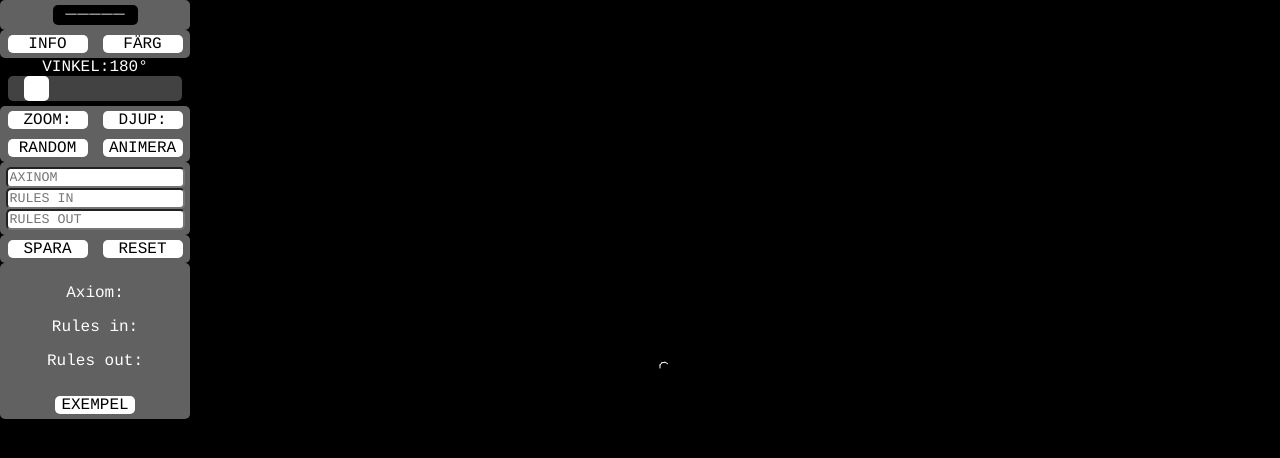
Repository: Gabrielw123/Fraktalgenerator
Page: fraktaler/test/index.html
These files come from the project's save history. The page is drawn as it stood at one moment and after the next save; the edit follows.
The browser window is 1280 px wide. The pictures show the whole page.
Some web libraries are served in a nearby version.

Above is the page before, as saved 2022-01-13 09:43:22.

### fraktaler/test/index.html
<!DOCTYPE html>
<html lang="en">
  <head>
    <meta charset="UTF-8" />
    <meta http-equiv="X-UA-Compatible" content="IE=edge" />
    <meta name="viewport" content="width=device-width, initial-scale=1.0" />
    <link rel="stylesheet" href="style.css" />
    <title>Fraktal Generator</title>
    <script src="https://cdn.jsdelivr.net/npm/p5@1.0.0/lib/p5.js"></script>
    <!--fading-->
    <script src="http://ajax.googleapis.com/ajax/libs/jquery/1.7.1/jquery.min.js" type="text/javascript"></script>
  </head>
  <body>
    <!--Skapa en canvas-->
    <canvas id="canvas"></canvas>
    <div class="kontroller">
      <div onmousedown="return false" onselectstart="return false" class="grid-container1">
        <div class="grid-item">
          <a class="knappgöm" id="gömknapp" onClick="action();">⏤⏤⏤⏤⏤</a>
        </div>
      </div>
      <div onmousedown="return false" onselectstart="return false" class="grid-container" id="göm1">
        <div class="grid-item">
          <a class="knapp" id="infoknapp">INFO</a>
        </div>
        <div class="grid-item">
          <a class="knapp" id="colorknapp" onclick="color();">FÄRG</a>
        </div>

      </div>
      <!--slider vinkel-->
      <div class="slider-container" id="göm2">
        <a onmousedown="return false" onselectstart="return false" >VINKEL:<span id="vinkel-out"></span>&deg;</a>
        <input type="range" min="0" max="360" class="slider" id="vinkel" />
      </div>

      <div onmousedown="return false" onselectstart="return false" class="grid-container"id="göm3">
        <div class="grid-item">
          <a class="knapp" id="längdknapp"
            >ZOOM:<span id="segment_n"></span
          ></a>
        </div>
        <div class="grid-item">
          <a class="knapp" id="djupknapp">DJUP:<span id="generation-out"></span></a>
        </div>

        <div class="grid-item">
          <a class="knapp" id="randomknapp" onclick="random();">RANDOM</a>
        </div>
        <div class="grid-item">
          <a class="knapp" id="animeraknapp" onclick="animera();">ANIMERA</a>
        </div>
      </div>

      <div class="grid-container1"id="göm4">
        <div class="grid-item">
          <input style="font-family:courier" class="input" type="text" placeholder="AXINOM" id="axiom" />
          <input style="font-family:courier" class="input" type="text" placeholder="RULES IN" id="rules1" />
          <input style="font-family:courier" class="input" type="text" placeholder="RULES OUT" id="rules2" />
        </div>

      </div>
      <div onmousedown="return false" onselectstart="return false" class="grid-container"id="göm5">
        <div class="grid-item">
          <a class="knapp" id="btn">SPARA</a>
        </div>
        <div class="grid-item">
          <a class="knapp" id="resetknapp" onclick="reset();">RESET</a>
        </div>

      </div>
      <div class="grid-container1"id="göm6">

        <div class="grid-item">
          <p>Axiom:<span id="axiom-out"></span></p>
          <p>Rules in:<span id="rules1-out"></span></p>
          <p>Rules out:<span id="rules2-out"></span></p>
          <p></p>
        </div>
        <div class="grid-item">
          <a onmousedown="return false" onselectstart="return false" class="knapp" id="exempelknapp" onclick="example();">EXEMPEL</a>
        </div>
      </div>

      <!--EXEMPEL-->

      <div onmousedown="return false" onselectstart="return false"  class="grid-container"id="göm7">
        <div class="grid-item">
          <a class="knappex" id="Board">Board</a>
        </div>
        <div class="grid-item">
          <a class="knappex" id="Crystal">Crystal</a>
        </div>
        <div class="grid-item">
          <a class="knappex" id="Dragon Curve">Dragon Curve</a>
        </div>
        <div class="grid-item">
          <a class="knappex" id="Hexagonal Gosper">Hexagonal Gosper</a>
        </div>
        <div class="grid-item">
          <a class="knappex" id="Kochcurve" >Koch curve</a>
        </div>
        <div class="grid-item">
          <a class="knappex" id="Krishna Anklets">Krishna Anklets</a>
        </div>
        <div class="grid-item">
          <a class="knappex" id="Lévy curve" >Lévy curve</a>
        </div>
        <div class="grid-item">
          <a class="knappex" id="L-System Bushes 1" >L-System Bushes 1</a>
        </div>
        <div class="grid-item">
          <a class="knappex" id="L-System Bushes 2">L-System Bushes 2</a>
        </div>
        <div class="grid-item">
          <a class="knappex" id="Peano Curve">Peano Curve</a>
        </div>
        <div class="grid-item">
          <a class="knappex" id="Quadratic Snowflake">Quadratic Snowflake
          </a>
        </div>
        <div class="grid-item">
          <a class="knappex" id="Rings" >Rings</a>
        </div>
        <div class="grid-item">
          <a class="knappex" id="Sierpinski Arrowhead">Sierpinski Arrowhead</a>
        </div>
        <div class="grid-item">
          <a class="knappex" id="Sierpinskisquare">Sierpinski Square</a>
        </div>
        <div class="grid-item">
          <a class="knappex" id="Snowflake">Snowflake</a>
        </div>
        <div class="grid-item">
          <a class="knappex" id="Tiles" >Tiles</a>
        </div>
        <div class="grid-item">
          <a class="knappex" id="Triangle">Triangle</a>
        </div>
        <div class="grid-item">
          <a class="knappex" id="Von Koch Snowflake" >Von Koch Snowflake</a>
        </div>
    </div>
    <!--Script-->
    <script src="bruh.js">example();
      fraktal.update();
    </script>
  </body>
</html>

### fraktaler/test/style.css
body {
  font-family: "courier", monospace;
  background-color: black;
  color: white;
  text-align: center;
}
.input {
  width: 90%;
  border-radius: 5px;
}
#color {
  color: red;
}
.kontroller {
  background: rgba(97, 97, 97, 0);
  width: 190px;
  height: 180px;
  margin: auto;
  border-radius: 10px;
  position: fixed;
  top: 0%;
  left: 0%;
  right: 100%;
}
.grid-container {
  background: rgba(97, 97, 97, 1);
  display: grid;
  border-radius: 5px;
  grid-template-columns: auto auto;
}
.grid-item {
  text-align: center;
  margin: auto;
  padding-top: 5px;
  padding-bottom: 5px;
}
.grid-container1 {
  background: rgba(97, 97, 97, 1);
  border-radius: 5px;
  display: grid;
  grid-template-columns: auto;
}
.grid-item1 {
  text-align: center;
  margin: auto;
  padding-top: 5px;
  padding-bottom: 5px;
  width: 300px;
}
#axiom-out {
  text-align: left;
}
.slider-container {
  display: grid;
  grid-template-columns: auto;
  width: 92%;
  margin: auto;
  padding-bottom: 5px;
}
.slider {
  -webkit-appearance: none;
  width: 100%;
  height: 25px;
  background: #424242;
  outline: none;
  margin: auto;
  -webkit-transition: 0.2s;
  transition: opacity 0.2s;
  border-radius: 5px;
}

.slider:hover {
  background: #262626;
}

.slider::-webkit-slider-thumb {
  -webkit-appearance: none;
  appearance: none;
  width: 25px;
  height: 25px;
  background: #ffffff;
  cursor: pointer;
  border-radius: 5px;
}

.slider::-moz-range-thumb {
  width: 25px;
  height: 25px;
  background: #04aa6d;
  cursor: pointer;
}

a.knapp {
  display: block;
  background: white;
  color: black;
  width: 80px;
  cursor: pointer;
  border-radius: 5px;
}
a.knapp:hover {
  background: #424242;
  border-radius: 5px;
}

#canvas {
  position: fixed;
  top: 0px;
  left: 0px;
  z-index: -1;
}

a.knappon {
  display: block;
  width: 80px;
  background: #444444;
  color: #ffffff;
  cursor: pointer;
  border-radius: 5px;
}
a.knappex {
  display: block;
  background: white;
  color: black;
  width: 85px;
  cursor: pointer;
  font-size: 15px;
  height: 35px;
  border-radius: 5px;
  text-align: auto;
}
a.knappex:hover {
  background: #424242;
  border-radius: 5px;
}
.span {
  width: 500px;
}
.knappgöm {
  display: block;
  background: black;
  color: white;
  width: 85px;
  height: 20px;
  cursor: pointer;
  font-size: 15px;
  border-radius: 5px;
}
a.knappgöm:hover {
  background: #424242;
  border-radius: 5px;
}

### fraktaler/test/bruh.js
/*

Den här fraktal generatorn använder sig av Lindenmayer systemet (https://en.wikipedia.org/wiki/L-system)

Källor för lite info
https://codesandbox.io/s/fraktal-generator-forked-g76j8?file=/sketch.js
https://en.wikipedia.org/wiki/L-system#Types_of_L-systems
http://paulbourke.net/fractals/lsys/
https://www.sidefx.com/docs/houdini/nodes/sop/lsystem.html
http://www1.biologie.uni-hamburg.de/b-online/e28_3/lsys.html
https://www.kevs3d.co.uk/dev/lsystems/
https://piratefsh.github.io/p5js-art/public/lsystems/

*/

//INFO button
fetch("README.txt")
  .then((response) => response.text())
  .then((text) => console.log(text));

var info = document.getElementById("infoknapp");
info.onclick = function () {
  confirm("to");
};

//hur snabbt den animerar
var animatespeed = 100;

//lite variablar
let genButton;
let resButton;
let guiText;
color_n = 0;
let generation = 0;
let maxGeneration = 5;
let length;
let angle;
//första load
let axiom = "F+F+F+F";
let rules = [
  {
    in: "F",
    out: "F+F-F-FF+F+F-F",
  },
];

//save button för egna input på fraktaler
const btn = document.getElementById("btn");

btn.addEventListener("click", function () {
  var axiom2 = document.getElementById("axiom").value;
  var rules1 = document.getElementById("rules1").value;
  var rules2 = document.getElementById("rules2").value;
  confirm(
    "Axiom: " + axiom2 + "\nRules in: " + rules1 + "\nRules out: " + rules2
  );
  axiom = axiom2;
  rules = [
    {
      in: rules1,
      out: rules2,
    },
  ];
});

//animera ikonen på hemsidan
var favicon_images = [
    "bilderhem/tmp-0.gif",
    "bilderhem/tmp-1.gif",
    "bilderhem/tmp-2.gif",
    "bilderhem/tmp-3.gif",
    "bilderhem/tmp-4.gif",
    "bilderhem/tmp-5.gif",
  ],
  image_counter = 0;

setInterval(function () {
  if (document.querySelector("link[rel='icon']") !== null)
    document.querySelector("link[rel='icon']").remove();
  if (document.querySelector("link[rel='shortcut icon']") !== null)
    document.querySelector("link[rel='shortcut icon']").remove();
  document
    .querySelector("head")
    .insertAdjacentHTML(
      "beforeend",
      '<link rel="icon" href="' +
        favicon_images[image_counter] +
        '" type="image/gif">'
    );
  if (image_counter == favicon_images.length - 1) image_counter = 0;
  else image_counter++;
}, 200);

//göm UI
var hidden = false;
function action() {
  hidden = !hidden;
  if (hidden) {
    document.getElementById("göm1").style.visibility = "hidden";
    document.getElementById("göm2").style.visibility = "hidden";
    document.getElementById("göm3").style.visibility = "hidden";
    document.getElementById("göm4").style.visibility = "hidden";
    document.getElementById("göm5").style.visibility = "hidden";
    document.getElementById("göm6").style.visibility = "hidden";
    if (document.getElementById("göm7").style.visibility === "visible") {
      document.getElementById("göm7").style.visibility = "hidden";
    }
  } else {
    document.getElementById("göm1").style.visibility = "visible";
    document.getElementById("göm2").style.visibility = "visible";
    document.getElementById("göm3").style.visibility = "visible";
    document.getElementById("göm4").style.visibility = "visible";
    document.getElementById("göm5").style.visibility = "visible";
    document.getElementById("göm6").style.visibility = "visible";
    document.getElementById("göm7").style.visibility = "visible";
  }
}
//göm från början
document.getElementById("göm7").style.visibility = "hidden";
var hidden1 = true;
function example() {
  hidden1 = !hidden1;
  if (hidden1) {
    document.getElementById("göm7").style.visibility = "hidden";
  } else {
    document.getElementById("göm7").style.visibility = "visible";
  }
}

let sentence = axiom;

//start funktion
function setup() {
  createCanvas(windowWidth - 40, windowHeight - 25);
  angle = radians(vinkel.value);
  length = segment_n * 3;
  turtle();
  drawGUI();
}

//color problem
var r = 255,
  g = 0,
  b = 0;

setInterval(function () {
  if (r > 0 && b == 0) {
    r--;
    g++;
  }
  if (g > 0 && r == 0) {
    g--;
    b++;
  }
  if (b > 0 && g == 0) {
    r++;
    b--;
  }
  $("#color").text("rgb(" + r + "," + g + "," + b + ")");
  $("#color").css("color", "rgb(" + r + "," + g + "," + b + ")");
  turtle();
  console.log("df");
}, 10);

function generate() {
  length = segment_n * 3;

  let nextSentence = "";

  for (let i = 0; i < sentence.length; i++) {
    let found = false;
    let currentChar = sentence.charAt(i);

    for (let j = 0; j < rules.length; j++) {
      if (currentChar === rules[j].in) {
        found = true;
        nextSentence += rules[j].out;
        break;
      }
    }
    if (!found) {
      nextSentence += currentChar;
    }
  }
  sentence = nextSentence;
  turtle();
}
function turtle() {
  resetMatrix();
  background(0);
  //color
  if (color_n === 0) {
    stroke(255); //white
  }
  if (color_n === 1) {
    stroke(0, 0, 255); //blue
  }
  if (color_n === 2) {
    stroke(0, 128, 0); //green
  }
  if (color_n === 3) {
    stroke(255, 0, 0); //red
  }
  if (color_n === 4) {
    stroke(255, 165, 0); //orange
  }
  if (color_n === 5) {
    stroke(r, g, b); //rgb flera färger
  }
  translate(window.innerWidth / 2, window.innerHeight / 2);

  for (let i = 0; i <= sentence.length; i++) {
    let currentChar = sentence.charAt(i);

    if (currentChar === "F") {
      line(0, 0, 0, -length);
      translate(0, -length);
    } else if (currentChar === "+") {
      rotate(angle);
    } else if (currentChar === "-") {
      rotate(-angle);
    } else if (currentChar === "[") {
      push();
    } else if (currentChar === "]") {
      pop();
    }
  }
}

var djupknapp = document.getElementById("djupknapp");
djupknapp.onclick = function () {
  if (generation < maxGeneration) {
    generate();
  }
  generation++;
  if (generation > 5) {
    generation = 1;
    sentence = axiom;
    generate();
  }
  var generationout = document.getElementById("generation-out");
  generationout.innerHTML = generation;
  var axiomout = document.getElementById("axiom-out");
  axiomout.innerHTML = axiom;
  var rules1out = document.getElementById("rules1-out");
  rules1out.innerHTML = rules[0].in;
  var rules2out = document.getElementById("rules2-out");
  rules2out.innerHTML = rules[0].out;
};

//skriver ut värden och saker på skärmer för användaren
function drawGUI() {
  genButton = createButton("DJUP");
  genButton.size(85, 20);
  genButton.position(-200, 260);
  genButton.mousePressed(function () {
    if (generation < maxGeneration) {
      generate();
    }
    generation++;
    if (generation > 5) {
      generation = 1;
      sentence = axiom;
      generate();
    }
    var generationout = document.getElementById("generation-out");
    generationout.innerHTML = generation;
    var axiomout = document.getElementById("axiom-out");
    axiomout.innerHTML = axiom;
    var rules1out = document.getElementById("rules1-out");
    rules1out.innerHTML = rules[0].in;
    var rules2out = document.getElementById("rules2-out");
    rules2out.innerHTML = rules[0].out;
  });
}

//!Exemepel knappar

//Andra rad
animera_n = 0;

var c1 = 0;
var t;
var timer_is_on = 0;

//Random funktion
function getRandomInt(min, max) {
  min = Math.ceil(min);
  max = Math.floor(max);
  return Math.floor(Math.random() * (max - min) + min); //The maximum is exclusive and the minimum is inclusive
}

var fraktal = (function () {
  //js funktion
  const c = document.getElementById("canvas");
  var ctx = c.getContext("2d");

  //får bredden och höjden av hemsidan du har på din enhet
  c.width = window.innerWidth;
  c.height = window.innerHeight;
  ctx.strokeStyle = "black";
  ctx.lineWidth = 2;

  //!SLIDERS
  var vinkel = document.getElementById("vinkel");
  var vinkelout = document.getElementById("vinkel-out");
  vinkelout.innerHTML = vinkel.value;

  //gör saker med vinkel
  vinkel.oninput = function () {
    vinkelout.innerHTML = this.value;
    update();
  };

  //SEGMENT
  var segment = document.getElementById("längdknapp");
  segment.onclick = function () {
    segment_n++;
    if (segment_n === 6) {
      segment_n = 1;
    }
    document.getElementById("segment_n").innerHTML = segment_n;
    update();
  };
  //!RESET
  var reset = document.getElementById("resetknapp");
  reset.onclick = function () {
    sentence = axiom;
    turtle();
    vinkel.value = 90;
    segment_n = 3;
    generation = 2;
    axiom = "F+F+F+F";
    rules = [
      {
        in: "F",
        out: "F+F-F-FF+F+F-F",
      },
    ];
    //stönga av animera
    clearTimeout(t);
    animera.className = "knapp";
    c1 = 0;
    animera_n = 0;
    //update this
    update();
  };

  //!RANDOM
  var random = document.getElementById("randomknapp");
  random.onclick = function () {
    vinkel.value = getRandomInt(0, 361);
    vinkelout.innerHTML = vinkel.value;
    update();
  };

  //!ANIMERA

  var animera = document.getElementById("animeraknapp");
  animera.onclick = function () {
    animera_n++;
    if (animera_n === 1) {
      timedCount();
      animera.className = "knappon";
    }
    if (animera_n === 2) {
      clearTimeout(t);
      animera.className = "knapp";
      c1 = 0;
      animera_n = 0;
    }
  };
  //!COLOR

  var color = document.getElementById("colorknapp");
  color.onclick = function () {
    color_n++;
    if (color_n === 6) {
      color_n = 0;
    }
    update();
  };

  timedCount = function () {
    var v = parseInt(vinkel.value);
    v = v + 1;

    if (v === 361) {
      v = 0;
    }
    //updatera UI
    vinkel.value = v;
    vinkelout.innerHTML = vinkel.value;
    //vänta
    t = setTimeout(timedCount, animatespeed);
    update();
  };

  //!Uppdatera allt/////////////////////////////
  var update = function () {
    //skriver ut de nya väderna
    setup();
    //Updaterar sliders och bilder/knappar
    vinkelout.innerHTML = vinkel.value;
    document.getElementById("segment_n").innerHTML = segment_n;
    var generationout = document.getElementById("generation-out");
    generationout.innerHTML = generation;

    var axiomout = document.getElementById("axiom-out");
    axiomout.innerHTML = axiom;
    var rules1out = document.getElementById("rules1-out");
    rules1out.innerHTML = rules[0].in;
    var rules2out = document.getElementById("rules2-out");
    rules2out.innerHTML = rules[0].out;
    //sparar hashen för hemsidan
    save();
  };

  //!SAVE OCH LOAD
  var save = function () {
    var ruleid =
      "#" +
      vinkel.value +
      "," +
      segment_n +
      "," +
      generation +
      "," +
      axiom +
      "," +
      rules[0].in +
      "," +
      rules[0].out;
    window.location = String(window.location).replace(/\#.*$/, "") + ruleid;
  };

  var load = function () {
    let d = window.location.toString();
    if (d.includes("#")) {
      const myArr = d.split("#");

      const test = myArr[1].split(",");
      //Sliders
      vinkel.value = test[0];
      //Knappar
      segment_n = test[1];
      generation = test[2];
      axiom = test[3];
      rules[0].in = test[4];
      rules[0].out = test[5];

      if (
        vinkel.value == undefined ||
        segment_n === undefined ||
        generation === undefined ||
        axiom === undefined ||
        rules[0].in === undefined ||
        rules[0].out === undefined
      ) {
        //Sliders
        vinkel.value = 40;
        //Knappar
        segment_n = 1;
        generation = 1;
        axiom = "F";
        rules[0].in = "F";
        rules[0].out = "F+F";
      }
    } else {
      //Sliders
      vinkel.value = 40;
      //Knappar
      segment_n = 1;
      //Knappar
      generation = 1;
      axiom = "F";
      rules[0].in = "F";
      rules[0].out = "F+F";
    }
    save();
  };
  //!START
  load();

  //!EXEMPEL
  //Exemplerna är ifrån http://paulbourke.net/fractals/lsys/
  //save button för egna input på fraktaler
  const Kochcurve = document.getElementById("Kochcurve");
  Kochcurve.addEventListener("click", function () {
    axiom = "F+F+F+F";
    rules = [
      {
        in: "F",
        out: "F+F-F-FF+F+F-F",
      },
    ];
    vinkel.value = 90;
    segment_n = 3;
    generation = 5;
    update();
  });

  const Sierpinskisquare = document.getElementById("Sierpinskisquare");
  Sierpinskisquare.addEventListener("click", function () {
    axiom = "F+XF+F+XF";
    rules = [
      {
        in: "X",
        out: "XF-F+F-XF+F+XF-F+F-X",
      },
    ];
    vinkel.value = 90;
    segment_n = 3;
    generation = 5;
    update();
  });

  const LSystemBushes1 = document.getElementById("L-System Bushes 1");
  LSystemBushes1.addEventListener("click", function () {
    axiom = "F";
    rules = [
      {
        in: "F",
        out: "FF+[+F-F-F]-[-F+F+F]",
      },
    ];
    vinkel.value = 22.5;
    segment_n = 1;
    generation = 5;
    update();
  });

  const LSystemBushes2 = document.getElementById("L-System Bushes 2");
  LSystemBushes2.addEventListener("click", function () {
    axiom = "F";
    rules = [
      {
        in: "F",
        out: "F[+FF][-FF]F[-F][+F]F",
      },
    ];
    vinkel.value = 35;
    segment_n = 1;
    generation = 5;
    update();
  });

  const Board = document.getElementById("Board");
  Board.addEventListener("click", function () {
    axiom = "F+F+F+F";
    rules = [
      {
        in: "F",
        out: "FF+F+F+F+FF",
      },
    ];
    vinkel.value = 90;
    segment_n = 1;
    generation = 5;
    update();
  });

  const Triangle = document.getElementById("Triangle");
  Triangle.addEventListener("click", function () {
    axiom = "F+F+F";
    rules = [
      {
        in: "F",
        out: "F-F+F",
      },
    ];
    vinkel.value = 120;
    segment_n = 1;
    generation = 5;
    update();
  });
  const Crystal = document.getElementById("Crystal");
  Crystal.addEventListener("click", function () {
    axiom = "F+F+F+F";
    rules = [
      {
        in: "F",
        out: "FF+F++F+F",
      },
    ];
    vinkel.value = 90;
    segment_n = 1;
    generation = 5;
    update();
  });
  const VonKochSnowflake = document.getElementById("Von Koch Snowflake");
  VonKochSnowflake.addEventListener("click", function () {
    axiom = "F++F++F";
    rules = [
      {
        in: "F",
        out: "F-F++F-F",
      },
    ];
    vinkel.value = 60;
    segment_n = 1;
    generation = 5;
    update();
  });
  const Tiles = document.getElementById("Tiles");
  Tiles.addEventListener("click", function () {
    axiom = "F+F+F+F";
    rules = [
      {
        in: "F",
        out: "FF+F-F+F+FF",
      },
    ];
    vinkel.value = 90;
    segment_n = 1;
    generation = 5;
    update();
  });

  const Rings = document.getElementById("Rings");
  Rings.addEventListener("click", function () {
    axiom = "F+F+F+F";
    rules = [
      {
        in: "F",
        out: "FF+F+F+F+F+F-F",
      },
    ];
    vinkel.value = 90;
    segment_n = 1;
    generation = 5;
    update();
  });
  const Lévycurve = document.getElementById("Lévy curve");
  Lévycurve.addEventListener("click", function () {
    axiom = "F";
    rules = [
      {
        in: "F",
        out: "+F--F+",
      },
    ];
    vinkel.value = 45;
    segment_n = 1;
    generation = 5;
    update();
  });
  const HexagonalGosper = document.getElementById("Hexagonal Gosper");
  HexagonalGosper.addEventListener("click", function () {
    axiom = "XF";
    rules = [
      {
        in: "X",
        out: "X+YF++YF-FX--FXFX-YF+",
      },
      {
        in: "Y",
        out: "-FX+YFYF++YF+FX--FX-Y",
      },
    ];
    vinkel.value = 60;
    segment_n = 1;
    generation = 5;
    update();
  });
  const DragonCurve = document.getElementById("Dragon Curve");
  DragonCurve.addEventListener("click", function () {
    axiom = "FX";
    rules = [
      {
        in: "X",
        out: "X+YF+",
      },
      {
        in: "Y",
        out: "-FX-Y",
      },
    ];
    vinkel.value = 90;
    segment_n = 1;
    generation = 5;
    update();
  });
  const SierpinskiArrowhead = document.getElementById("Sierpinski Arrowhead");
  SierpinskiArrowhead.addEventListener("click", function () {
    axiom = "YF";
    rules = [
      {
        in: "X",
        out: "YF+XF+Y",
      },
      {
        in: "Y",
        out: "XF-YF-X",
      },
    ];
    vinkel.value = 60;
    segment_n = 1;
    generation = 5;
    update();
  });
  const QuadraticSnowflake = document.getElementById("Quadratic Snowflake");
  QuadraticSnowflake.addEventListener("click", function () {
    axiom = "F";
    rules = [
      {
        in: "F",
        out: "F-F+F+F-F",
      },
    ];
    vinkel.value = 90;
    segment_n = 1;
    generation = 5;
    update();
  });
  const PeanoCurve = document.getElementById("Peano Curve");
  PeanoCurve.addEventListener("click", function () {
    axiom = "X";
    rules = [
      {
        in: "X",
        out: "XFYFX+F+YFXFY-F-XFYFX",
      },
      {
        in: "Y",
        out: "YFXFY-F-XFYFX+F+YFXFY",
      },
    ];
    vinkel.value = 90;
    segment_n = 1;
    generation = 5;
    update();
  });
  const snowflake = document.getElementById("Snowflake");
  snowflake.addEventListener("click", function () {
    axiom = "F-F-F-F-F";
    rules = [
      {
        in: "F",
        out: "F-F++F+F-F-F",
      },
    ];
    vinkel.value = 72;
    segment_n = 1;
    generation = 5;
    update();
  });
  const KrishnaAnklets = document.getElementById("Krishna Anklets");
  KrishnaAnklets.addEventListener("click", function () {
    axiom = "-X--X";
    rules = [
      {
        in: "X",
        out: "XFX--XFX",
      },
    ];
    vinkel.value = 45;
    segment_n = 1;
    generation = 5;
    update();
  });
})();

After the next save:
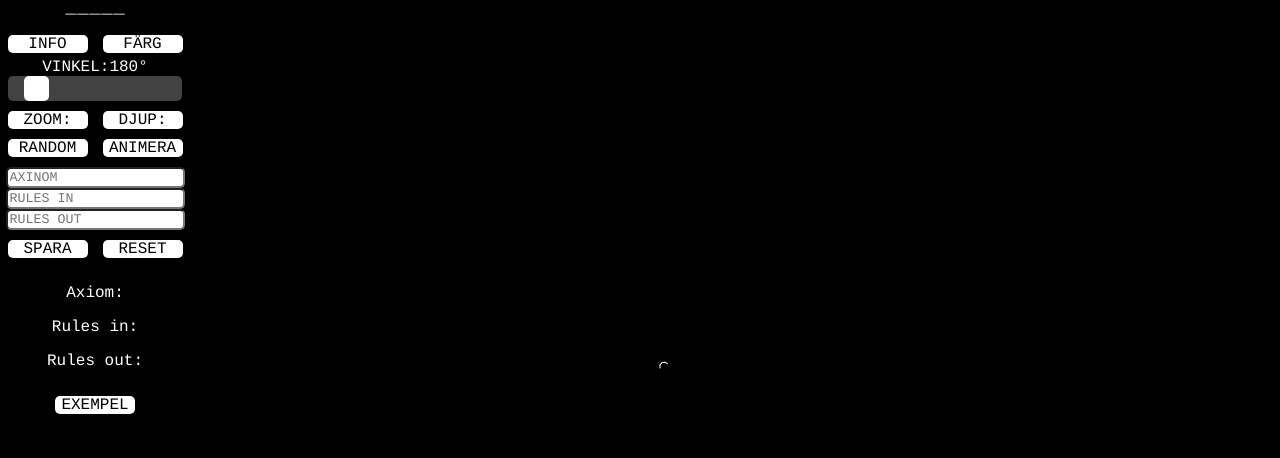
Saved 23 s later.
--- a/fraktaler/test/style.css
+++ b/fraktaler/test/style.css
@@ -12,7 +12,6 @@ body {
   color: red;
 }
 .kontroller {
-  background: rgba(97, 97, 97, 0);
   width: 190px;
   height: 180px;
   margin: auto;
@@ -23,9 +22,7 @@ body {
   right: 100%;
 }
 .grid-container {
-  background: rgba(97, 97, 97, 1);
   display: grid;
-  border-radius: 5px;
   grid-template-columns: auto auto;
 }
 .grid-item {
@@ -35,8 +32,6 @@ body {
   padding-bottom: 5px;
 }
 .grid-container1 {
-  background: rgba(97, 97, 97, 1);
-  border-radius: 5px;
   display: grid;
   grid-template-columns: auto;
 }
